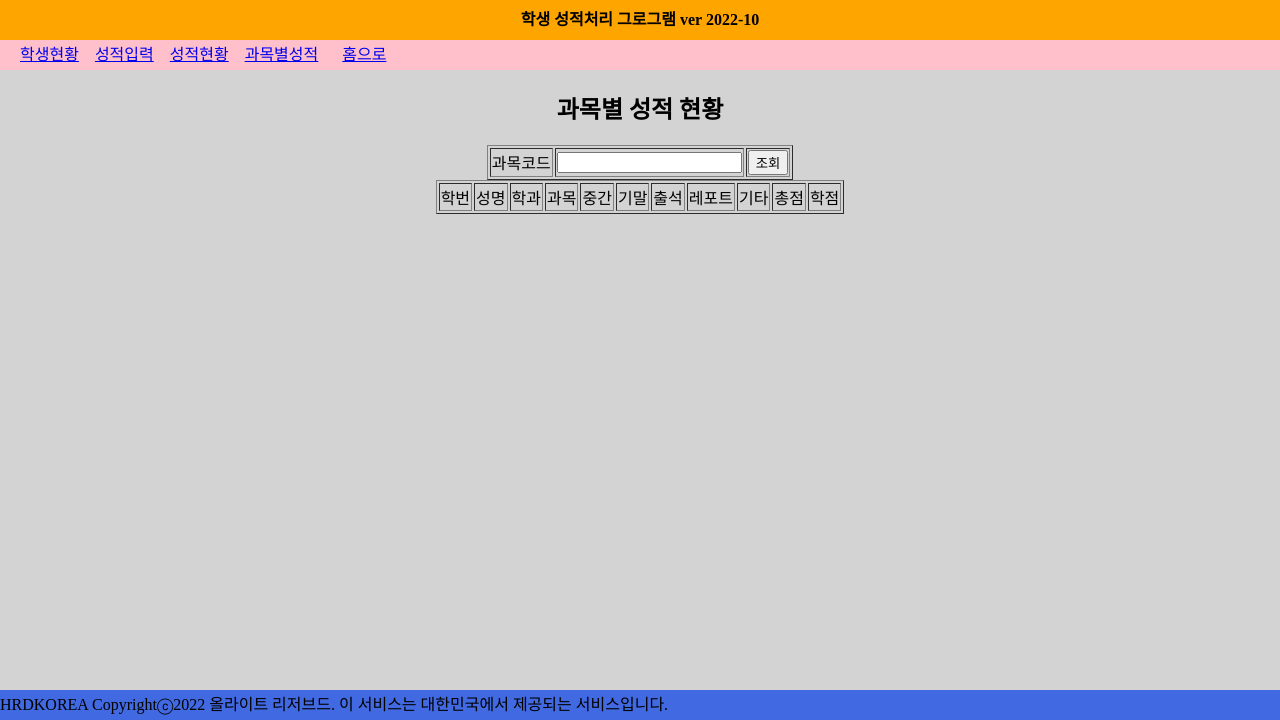
Repository: GotChun/license_practice
Page: http://localhost/HRD_0525/search.jsp
These files come from the project's save history. The page is drawn as it stood at one moment and after the next save; the edit follows.
The browser window is 1280 px wide. The pictures show the whole page.
The page is served by Tomcat 9.

Above is the page before, as saved 2025-02-22 14:18:59.

After the next save:
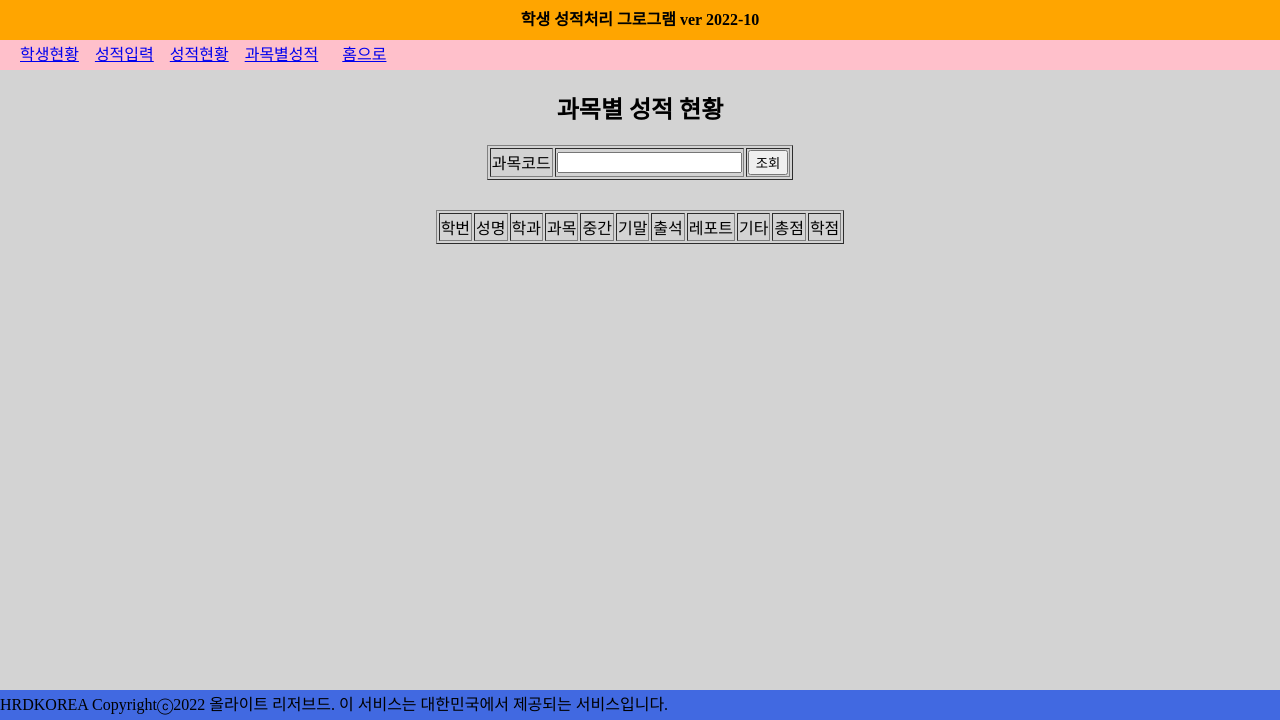
Saved 8 s later.
--- a/HRD_0525/src/main/webapp/search.jsp
+++ b/HRD_0525/src/main/webapp/search.jsp
@@ -22,7 +22,7 @@
 	</table>
 </form>
 
-<form style="display:flex; justify-content: center; text-align: center;">
+<form style="display:flex; justify-content: center; text-align: center; margin-top:30px;">
 	<table border="1">
 		<tr>
 			<td>학번</td>
